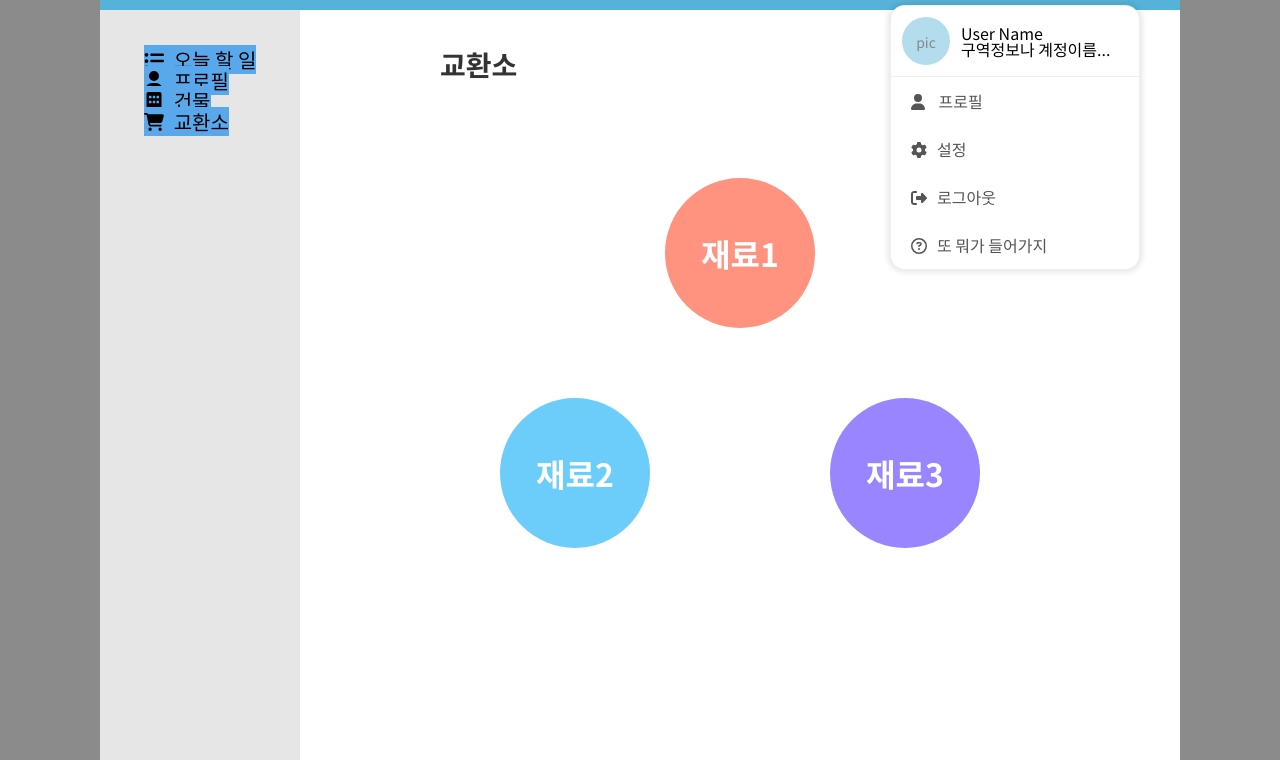
Repository: sunoo-lee/toVillage-old
Page: /#/trade
The author's editor kept a copy of each file at every save. The page is drawn from the files as they stood at one save, then again after the next save.
The browser window is 1280 px wide. The pictures show the whole page.
The project was rebuilt for these pictures with package versions that can differ from the ones it lists, and the page was loaded fresh each time. Also part of the build but not shown: src/routes/Auth.js, src/components/Todo.js, src/components/AddForm.js, src/components/Main.js, src/routes/Home.js, src/components/MyProfile.js, src/routes/Profile.js, src/components/Area.module.css and 2 more.

Above is the page before, as saved 2022-10-13 03:06:52.

After the next save:
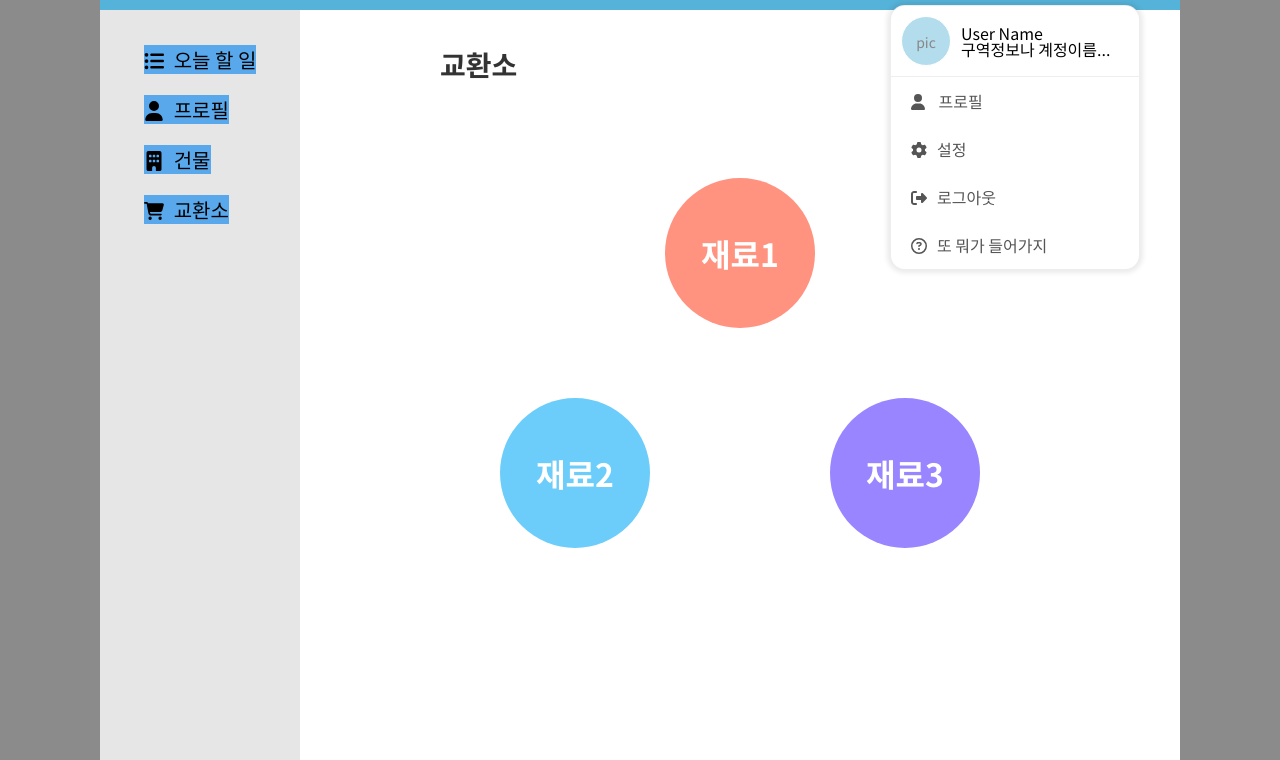
Saved 27 s later.
--- a/src/components/Navigation.module.css
+++ b/src/components/Navigation.module.css
@@ -23,6 +23,9 @@
 }
 .container ul {
   text-align: left;
+}
+.container ul li {
+  height: 50px;
 }
 .container ul li a {
   font-size: 20px;
